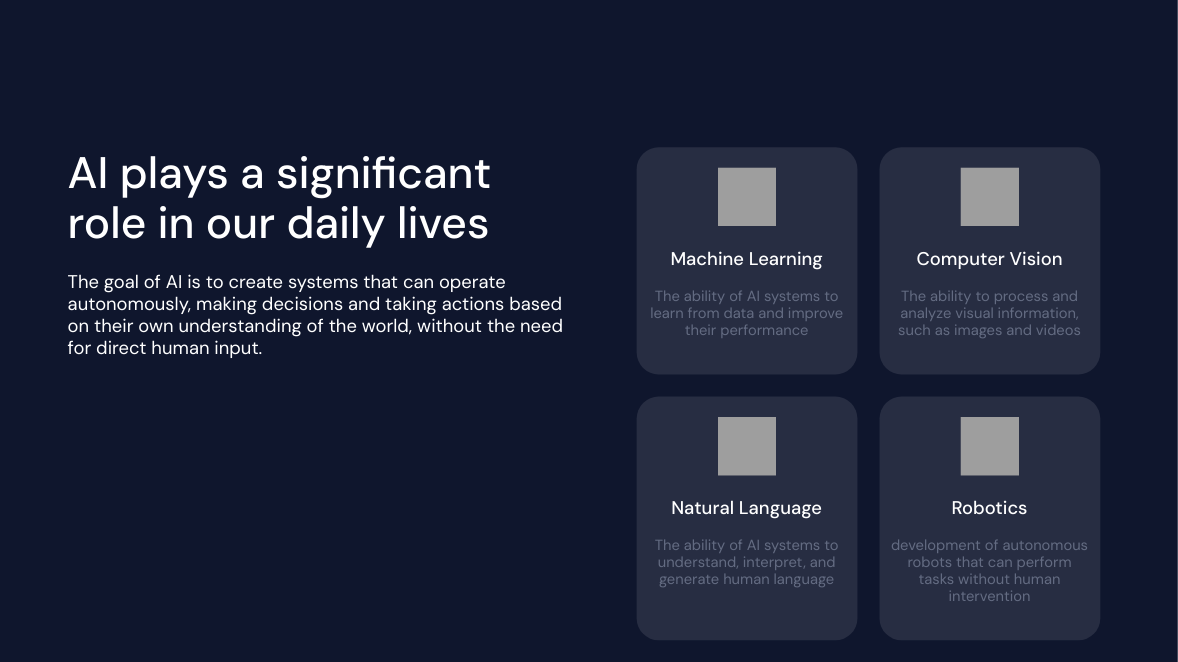
Repository: guli95/four-areas-of-AI-INVO-ACAdemy
Page: /
These files come from the project's save history. The page is drawn as it stood at one moment and after the next save; the edit follows.
The browser window is 1280 px wide. The pictures show the whole page, at 92% of full size.
Pictures or frames that could not be fetched are drawn as grey boxes. The project was rebuilt for these pictures with package versions that can differ from the ones it lists, and the page was loaded fresh each time.

Above is the page before, as saved 2023-03-13 15:38:09.

After the next save:
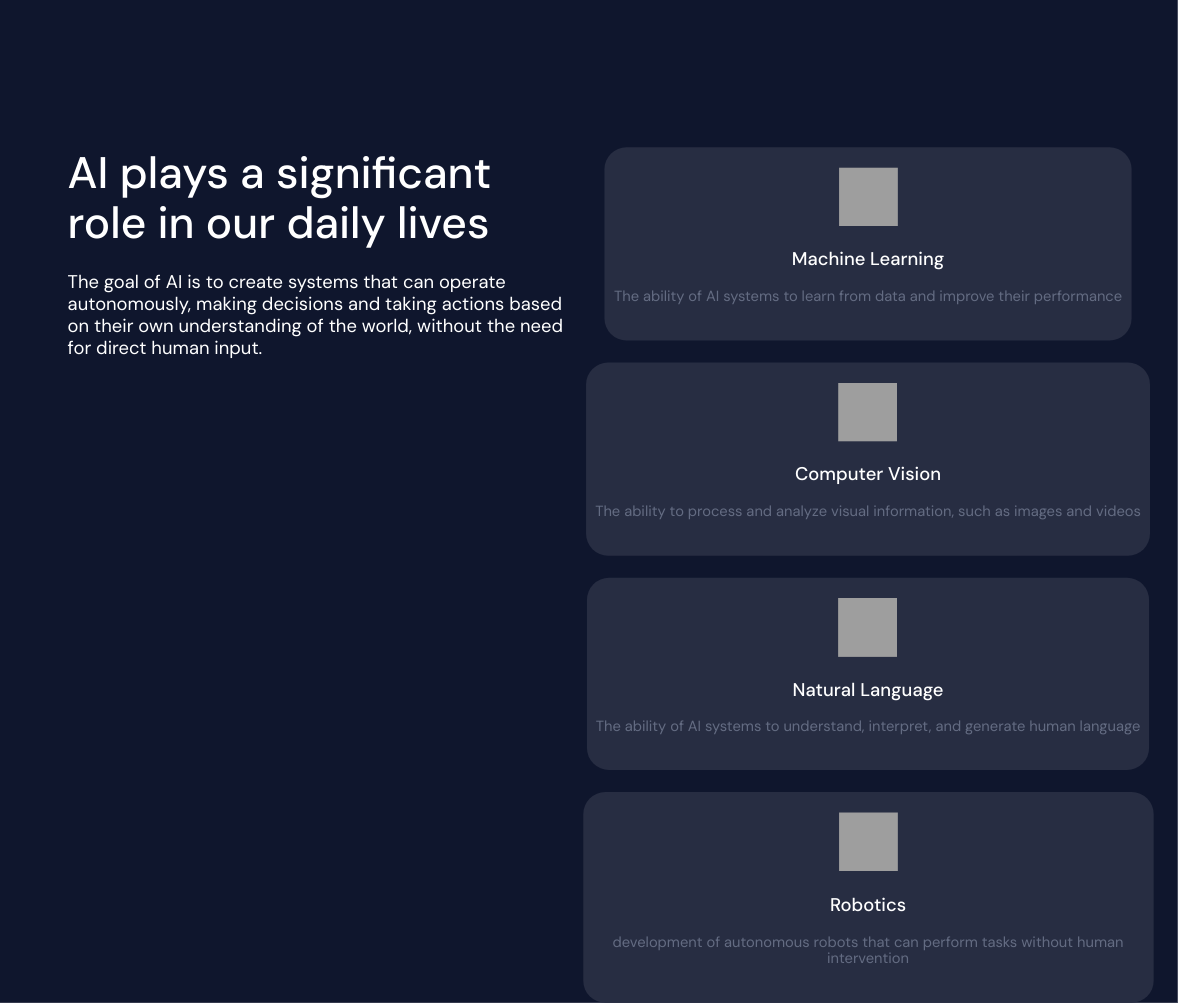
Saved 9 s later.
--- a/src/pages/home-page/styles/home-page.scss
+++ b/src/pages/home-page/styles/home-page.scss
@@ -72,7 +72,7 @@
             flex-direction: column;
             // justify-content: space-evenly;
             align-items: center;
-            width: 220px;
+            min-width: 220px;
             padding: 22px 10px;
             background-color:var(--color-secondary-grey);
             text-align: center;

After the save that followed:
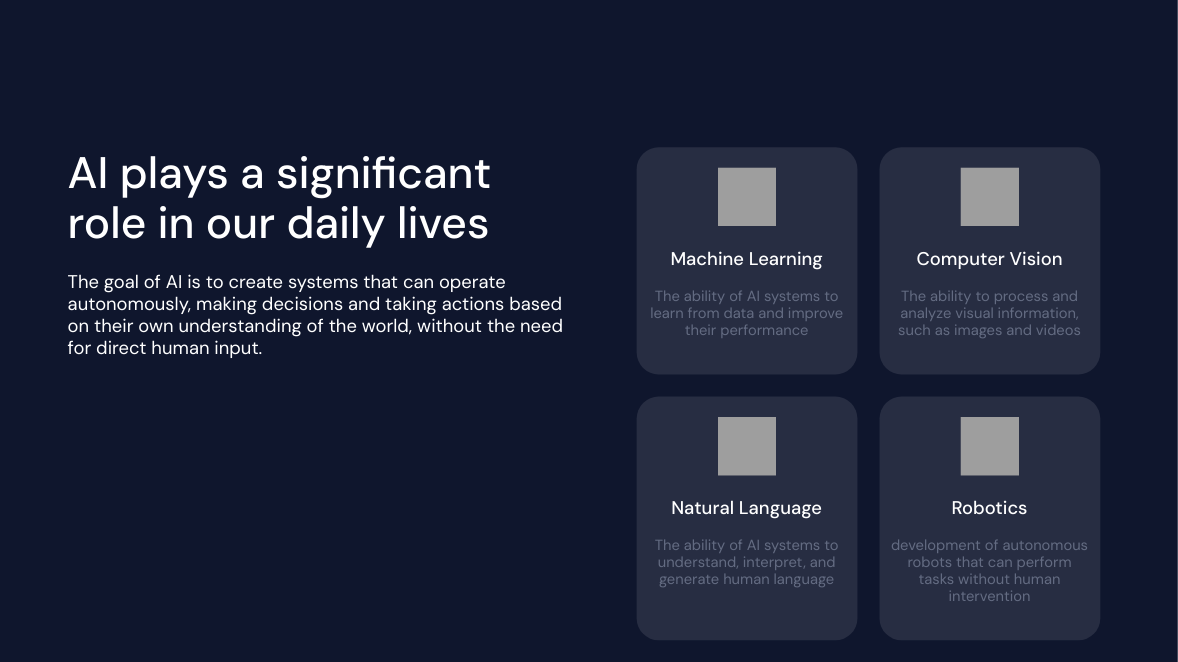
Saved 28 s later.
--- a/src/pages/home-page/styles/home-page.scss
+++ b/src/pages/home-page/styles/home-page.scss
@@ -72,7 +72,7 @@
             flex-direction: column;
             // justify-content: space-evenly;
             align-items: center;
-            min-width: 220px;
+            width: 220px;
             padding: 22px 10px;
             background-color:var(--color-secondary-grey);
             text-align: center;
